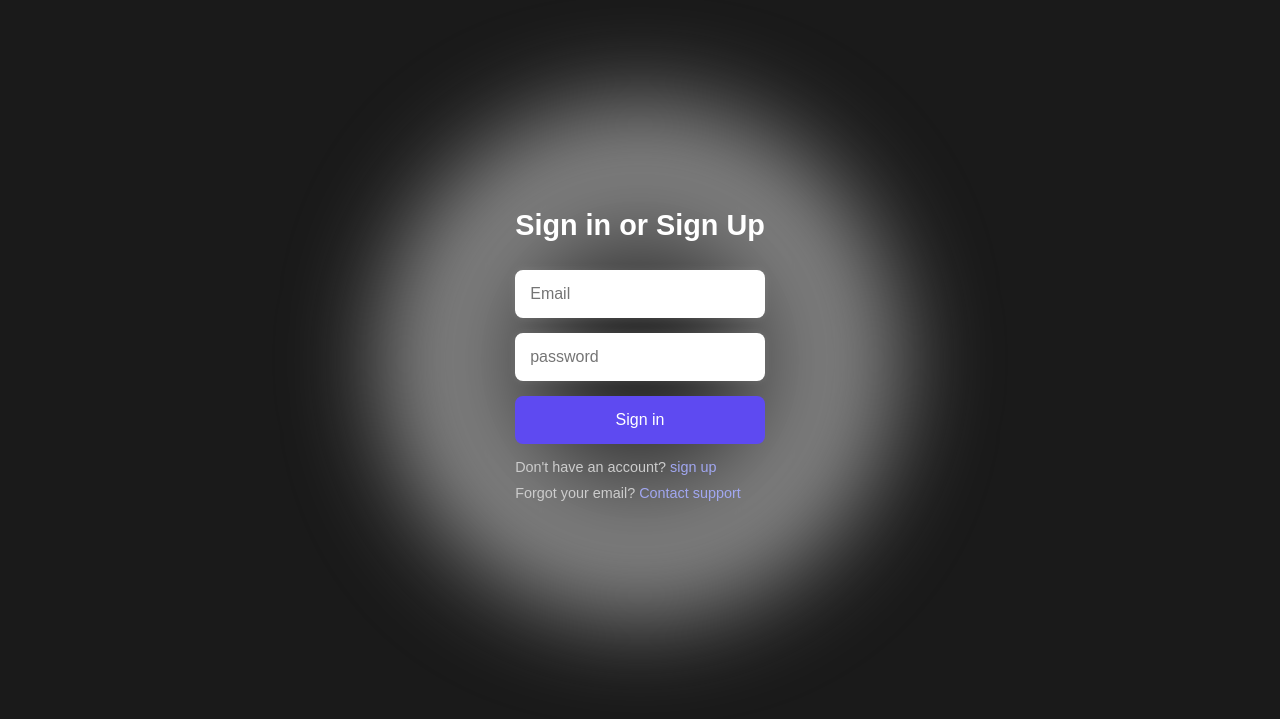
Repository: cmd-keyu/mobileppsh
Page: pages/login.html
The author's editor kept a copy of each file at every save. The page is drawn from the files as they stood at one save, then again after a run of saves.
The browser window is 1280 px wide. The pictures show the whole page.

Above is the page before, as saved 2024-11-12 00:16:44.

### pages/login.html
<!DOCTYPE html>
<html lang="en">
<head>
  <meta charset="UTF-8">
  <meta name="viewport" content="width=device-width, initial-scale=1.0">
  <title>Sign In Form</title>
  <link rel="stylesheet" href="../css/login.css">
  <script src="../javascript/login.js" defer></script>
</head>
<body>
  <div class="container">
    <div class="glow-box">
      <h2 style="color: white;">Sign in or Sign Up</h2>
      <br>
      <!-- <p>All that is required is only your email for sign-up or sign-in!!</p> -->
      <form action="account.html">
        <div class="sign-up">
            <input type="text" placeholder="name" class="disabled-btn">
            <br>
            <br>
            <input type="text" placeholder="address (Optional)">
            <br>
            </div>
        <input type="email" placeholder="Email" required>
        <input type="password" placeholder="password" required>
        <button type="submit" class="sign-in-btn-hide">Sign in</button>
        <button type="submit" class="sign-up-btn-hide">Sign up</button>
      </form>
      <div class="support">
        <p class="sign-up-text-hide">Don't have an account? <label for="sign-up-btn" class="colorsnup">sign up</label><button class="sign-up-btn hide-btn2" id="sign-up-btn">sign up</button></p>
        <p class="sign-in-text-hide">Already have an account? <label for="sign-in-btn" class="colorsnup">sign in</label><button class="sign-in-btn hide-btn2" id="sign-in-btn">sign in</button></p>
        <p>Forgot your email? <a href="#">Contact support</a></p>
      </div>
    </div>
  </div>
</body>
</html>

### css/login.css
* {
    margin: 0;
    padding: 0;
    box-sizing: border-box;
    font-family: Arial, sans-serif;
  }

  body {
    display: flex;
    justify-content: center;
    align-items: center;
    height: 100vh;
    background-color: #1a1a1a;
  }

  .container {
    display: flex;
    justify-content: center;
    align-items: center;
    height: 100%;
  }

  .glow-box::before {
    content: '';
    position: absolute;
    top: 50%;
    left: 50%;
    width: 500px;
    height: 500px;
    background: radial-gradient(circle, black, white);
    transform: translate(-50%, -50%);
    z-index: -1;
    border-radius: 50%;
    filter: blur(50px);
  }

  h2 {
    font-size: 1.8em;
    margin-bottom: 10px;
  }
  label:hover{

    text-decoration: underline;

  }

  p {
    margin-bottom: 10px;
    font-size: 0.9em;
    color: #ccc;
  }

  form {
    display: flex;
    flex-direction: column;
    gap: 15px;
  }

  input[type="email"] {
    padding: 15px;
    font-size: 1em;
    border: none;
    border-radius: 8px;
    outline: none;
    width: 100%;
    box-shadow: 0 0 8px rgba(255, 255, 255, 0.1);
  }
  input[type="password"] {
    padding: 15px;
    font-size: 1em;
    border: none;
    border-radius: 8px;
    outline: none;
    width: 100%;
    box-shadow: 0 0 8px rgba(255, 255, 255, 0.1);
  }

  input[type="text"] {
    padding: 15px;
    font-size: 1em;
    border: none;
    border-radius: 8px;
    outline: none;
    width: 100%;
    box-shadow: 0 0 8px rgba(255, 255, 255, 0.1);
  }

  button {
    padding: 15px;
    font-size: 1em;
    background-color: #5e4af1;
    color: #fff;
    border: none;
    border-radius: 8px;
    cursor: pointer;
    transition: background 0.3s;
  }

  button:hover {
    background-color: #4a3bdb;
  }

  .support {
    margin-top: 15px;
  }

  .support a {
    color: #a1a7f1;
    text-decoration: none;
  }

  .support a:hover {
    text-decoration: underline;
  }

  .sign-up{
    display: none;
  }

  .colorsnup{
    color: #a1a7f1;
  }

  .sign-up-btn-hide{
    display: none;
  }

  .hide-btn2{
    display: none;
  }

  .sign-in-text-hide{
    display: none;
  }

### javascript/login.js

const sign_up = document.querySelector('.sign-up')
const sign_up_btn = document.querySelector('.sign-up-btn')
const sign_in_btn = document.querySelector('.sign-in-btn')
const sign_in_btn_hide = document.querySelector('.sign-in-btn-hide')
const sign_up_btn_hide = document.querySelector('.sign-up-btn-hide')
const sign_in_text_hide = document.querySelector('.sign-in-text-hide')
const sign_up_text_hide = document.querySelector('.sign-up-text-hide')
const disabled_btn = document.querySelector('.disabled-btn')

sign_up_btn.addEventListener("click", () => {

  sign_up.style.display = 'block'
  sign_in_btn_hide.style.display = 'none'
  sign_up_btn_hide.style.display = 'block'
  sign_in_text_hide.style.display = 'block'
  sign_up_text_hide.style.display = 'none'
  disabled_btn.setAttribute('required', true)

})

sign_in_btn.addEventListener("click", () => {

  sign_up.style.display = 'none'
  sign_in_btn_hide.style.display = 'block'
  sign_up_btn_hide.style.display = 'none'
  sign_in_text_hide.style.display = 'none'
  sign_up_text_hide.style.display = 'block'
  disabled_btn.setAttribute('required', false)

})

After the next 2 saves:
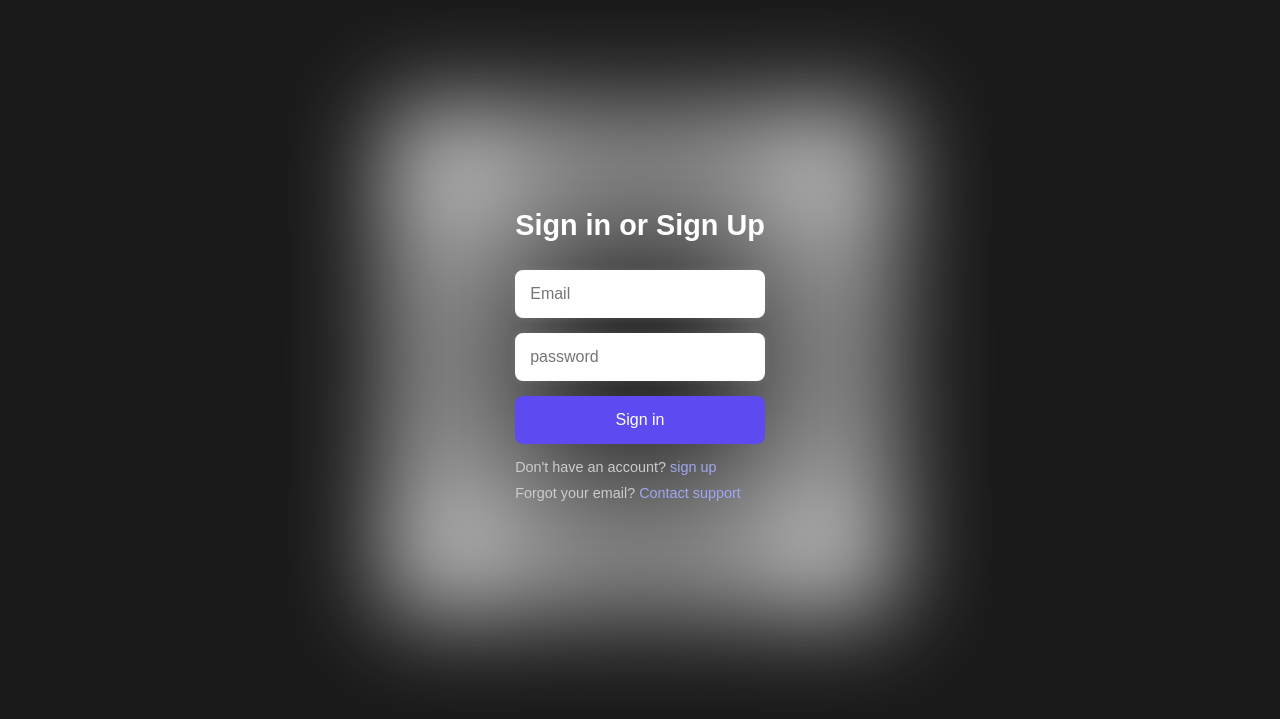
The 2 saves are shown as one change because they came seconds apart.
The last was saved 6 s later.
--- a/css/login.css
+++ b/css/login.css
@@ -30,7 +30,7 @@
     background: radial-gradient(circle, black, white);
     transform: translate(-50%, -50%);
     z-index: -1;
-    border-radius: 50%;
+    border-radius: ;
     filter: blur(50px);
   }
 
